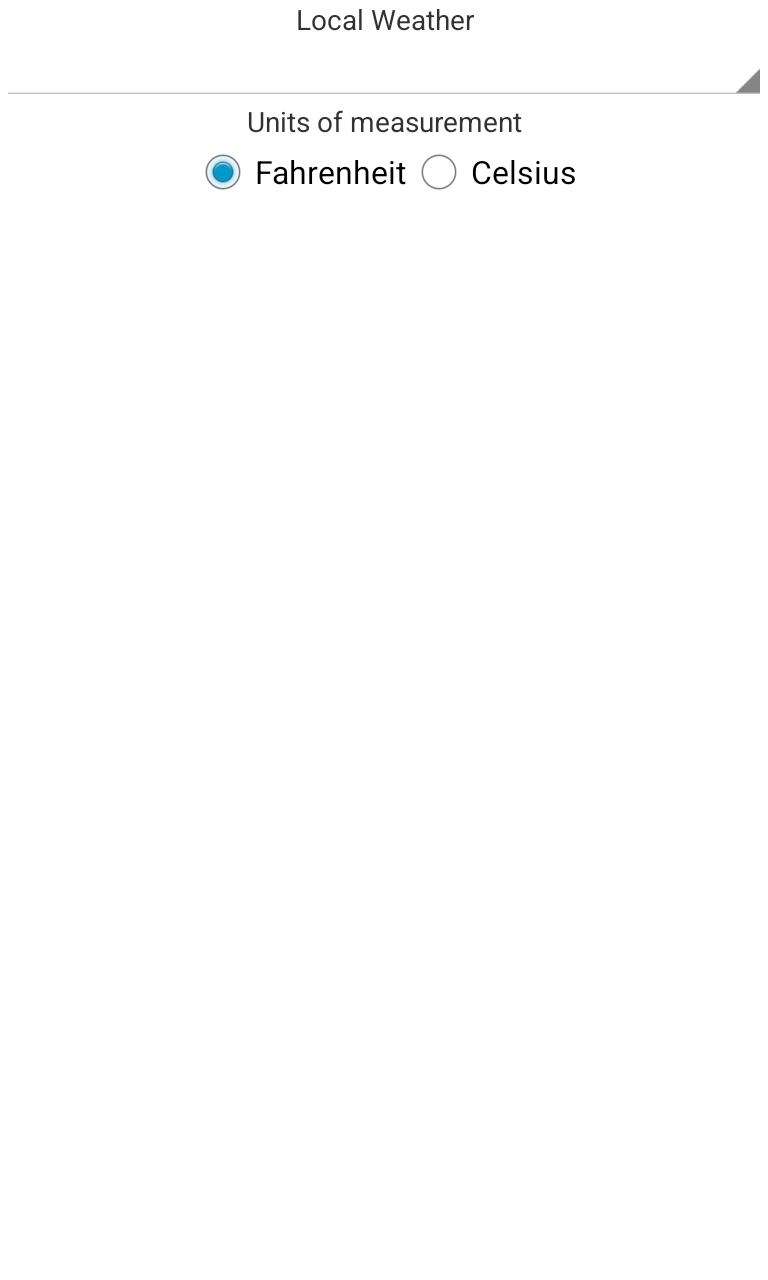
Repository: efreestone/Java1
Layout: Java1Project4/res/layout/activity_main.xml
The author's editor kept a copy of each file at every save. The layout is drawn from the files as they stood at one save, then again after the next save.
It is drawn on a 768 x 1280 px phone screen (xhdpi) without system bars, with theme AppTheme; the app's code is not run.

Above is the layout before, as saved 2014-03-25 20:32:27.

After the next save:
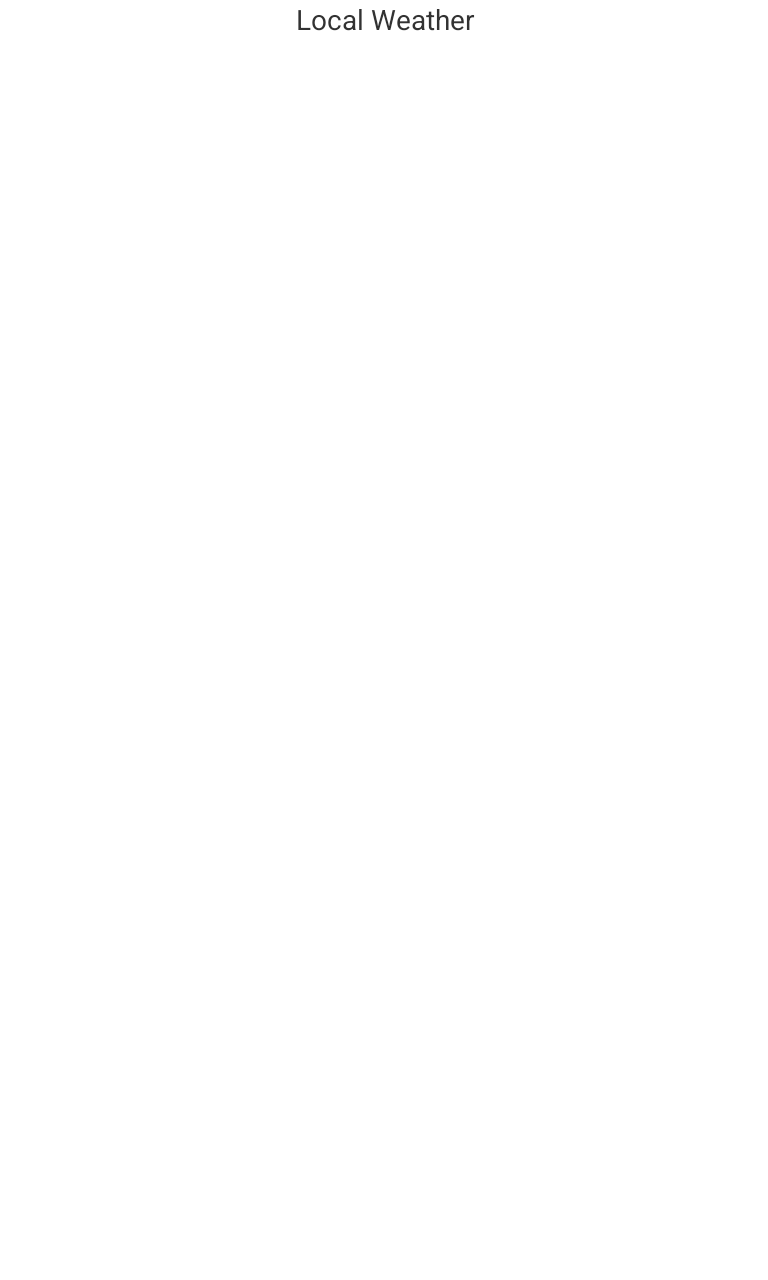
Saved 97 s later.
--- a/Java1Project4/res/layout/activity_main.xml
+++ b/Java1Project4/res/layout/activity_main.xml
@@ -5,10 +5,11 @@
     android:orientation="vertical" >
 
     <!-- Top Linear Layout with controls -->
-    <!-- <LinearLayout
+    <LinearLayout
         android:layout_width="match_parent"
         android:layout_height="wrap_content"
-        android:orientation="horizontal"> -->
+        android:orientation="horizontal">
+
         <!-- Title -->
         <TextView
             android:id="@+id/titleView"
@@ -54,6 +55,6 @@
                 android:text="@string/celsiusString"/>
         </RadioGroup>
 
-    <!-- </LinearLayout> -->
+    </LinearLayout>
 
 </LinearLayout>

After the save that followed:
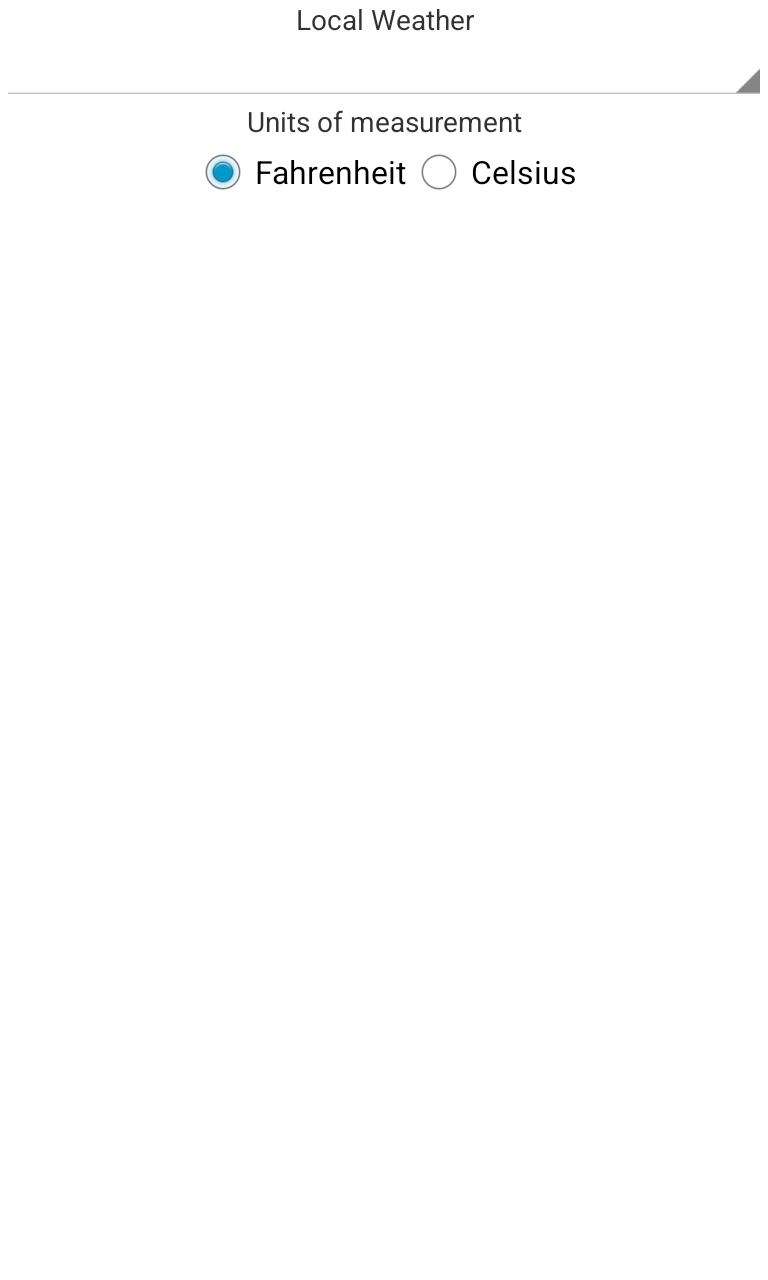
Saved 4 min 58 s later.
--- a/Java1Project4/res/layout/activity_main.xml
+++ b/Java1Project4/res/layout/activity_main.xml
@@ -5,10 +5,10 @@
     android:orientation="vertical" >
 
     <!-- Top Linear Layout with controls -->
-    <LinearLayout
+    <!-- <LinearLayout
         android:layout_width="match_parent"
         android:layout_height="wrap_content"
-        android:orientation="horizontal">
+        android:orientation="horizontal"> -->
 
         <!-- Title -->
         <TextView
@@ -55,6 +55,6 @@
                 android:text="@string/celsiusString"/>
         </RadioGroup>
 
-    </LinearLayout>
+    <!-- </LinearLayout> -->
 
 </LinearLayout>
